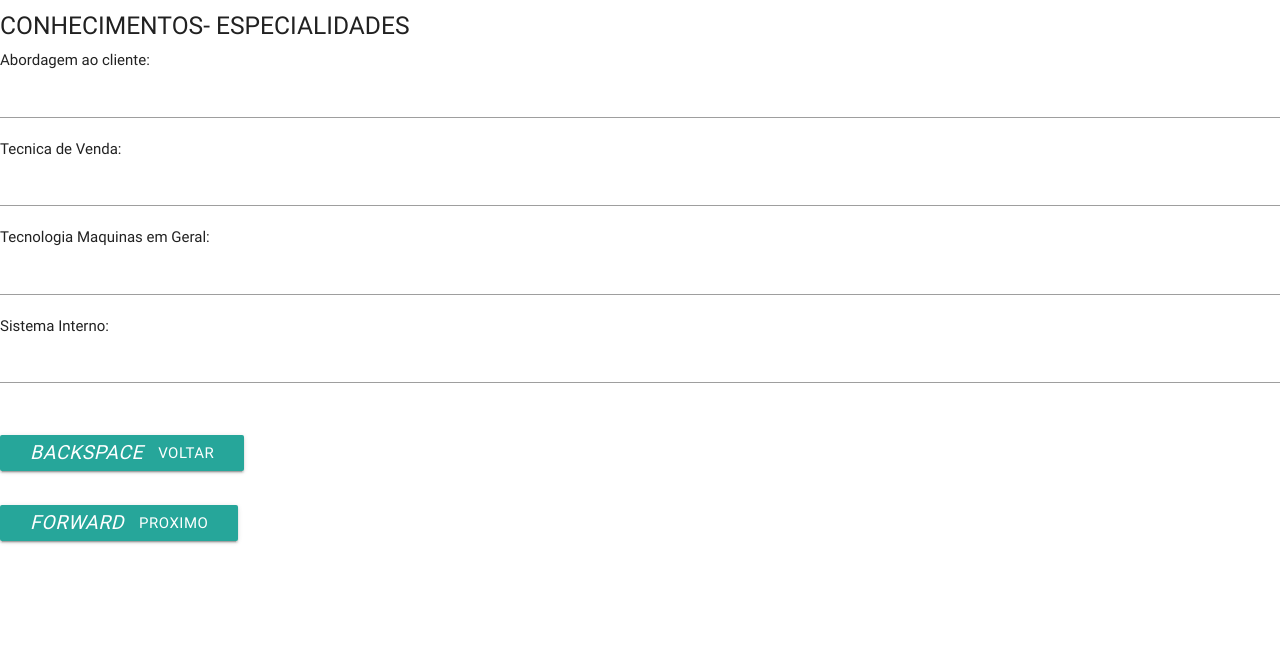
Repository: cspreng/Questionario
Page: http://localhost/cadastro/conhecimentos
The author's editor kept a copy of each file at every save. The page is drawn from the files as they stood at one save, then again after the next save.
The browser window is 1280 px wide. The pictures show the whole page.
The page is this project's Thymeleaf template; nobody is signed in. The template is opened directly, without the code that normally fills it, so the values that code supplies are empty.

Above is the page before, as saved 2021-07-27 03:14:20.
Console error: ReferenceError: $ is not defined

### questionario/src/main/resources/templates/cadastro/conhecimentos.html
<!DOCTYPE html>
<html xmlns:th="http://thymeleaf.org"
	  xmlns:layout="http://www.ultraq.net.nz/thymeleaf/layout">

<head>
	<title>INDICADORES COMPOSTAMENTAIS</title>
	<!--Import Google Icon Font-->
      <link href="https://fonts.googleapis.com/icon?family=Material+Icons" rel="stylesheet">
      <!--Import materialize.css-->
      <link type="text/css" rel="stylesheet" href="materialize/css/materialize.min.css"  media="screen,projection"/>

      <!--Let browser know website is optimized for mobile-->
      <meta name="viewport" content="width=device-width, initial-scale=1.0"/>
<body>

	<h5>CONHECIMENTOS- ESPECIALIDADES</h5>
	<form method="post">
		Abordagem ao cliente: <input type="text" value= "" name="abordagem"/>
	Tecnica de Venda: <input type="text" value= "" name="venda"/>
		Tecnologia Maquinas em Geral: <input type="text" value= "" name="tecnologia"/>
		Sistema Interno: <input type="text" value= "" name="sistema"/>


		<h3><a href= "/" class="waves-effect waves-light btn"><i class="material-icons left">backspace</i>Voltar</a></h3>
		<h3><a href= "/habilidades" class="waves-effect waves-light btn"><i class="material-icons left">forward</i>Proximo</a></h3>


	</form>


	<script type="text/javascript" src="materialize/js/materialize.min.js"></script>
</body>

</head>


</html>

Loaded but not shown: questionario/src/main/resources/static/materialize/css/materialize.min.css (library); questionario/src/main/resources/static/materialize/js/materialize.min.js (library)

After the next save:
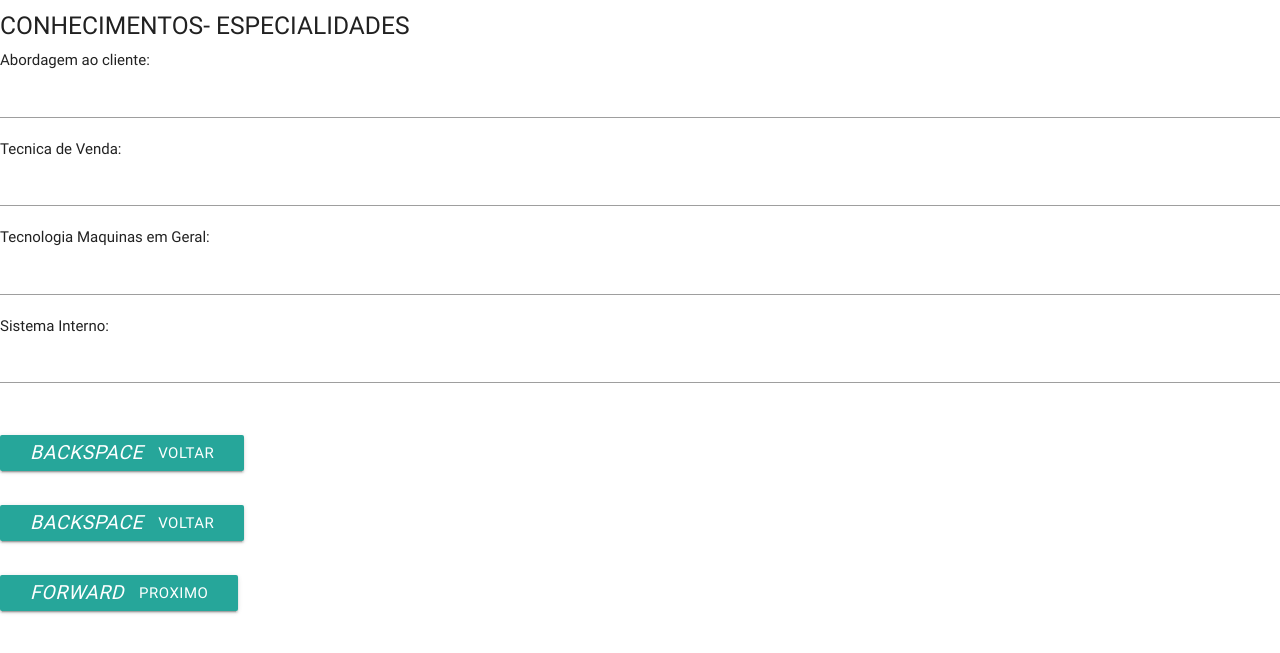
Saved 69 s later.
--- a/questionario/src/main/resources/templates/cadastro/conhecimentos.html
+++ b/questionario/src/main/resources/templates/cadastro/conhecimentos.html
@@ -22,7 +22,7 @@
 
 
 		<h3><a href= "/" class="waves-effect waves-light btn"><i class="material-icons left">backspace</i>Voltar</a></h3>
-		<h3><a href= "/habilidades" class="waves-effect waves-light btn"><i class="material-icons left">forward</i>Proximo</a></h3>
+		<h3><a href= "/" class="waves-effect waves-light btn"><i class="material-icons left">backspace</i>Voltar</a></h3> <h3><a href= "/habilidades" class="waves-effect waves-light btn"><i class="material-icons left">forward</i>Proximo</a></h3>
 
 
 	</form>

After the save that followed:
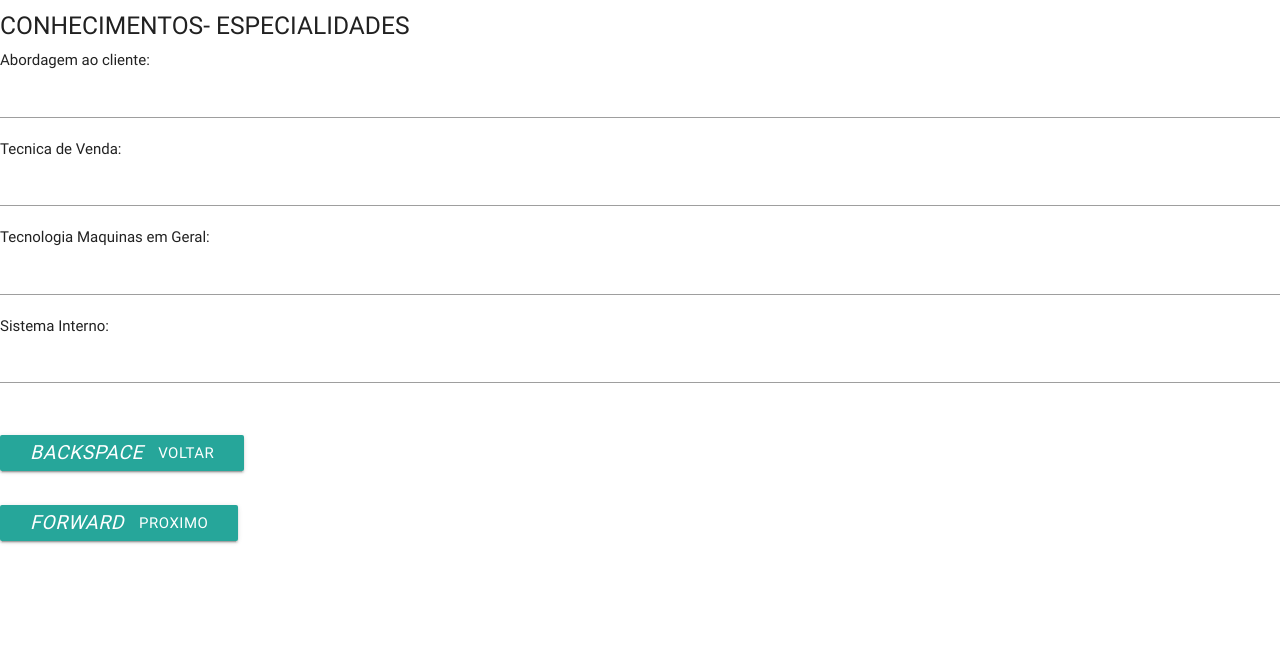
Saved 23 s later.
--- a/questionario/src/main/resources/templates/cadastro/conhecimentos.html
+++ b/questionario/src/main/resources/templates/cadastro/conhecimentos.html
@@ -22,7 +22,7 @@
 
 
 		<h3><a href= "/" class="waves-effect waves-light btn"><i class="material-icons left">backspace</i>Voltar</a></h3>
-		<h3><a href= "/" class="waves-effect waves-light btn"><i class="material-icons left">backspace</i>Voltar</a></h3> <h3><a href= "/habilidades" class="waves-effect waves-light btn"><i class="material-icons left">forward</i>Proximo</a></h3>
+		<h3><a href= "/habilidades" class="waves-effect waves-light btn"><i class="material-icons left">forward</i>Proximo</a></h3>
 
 
 	</form>
